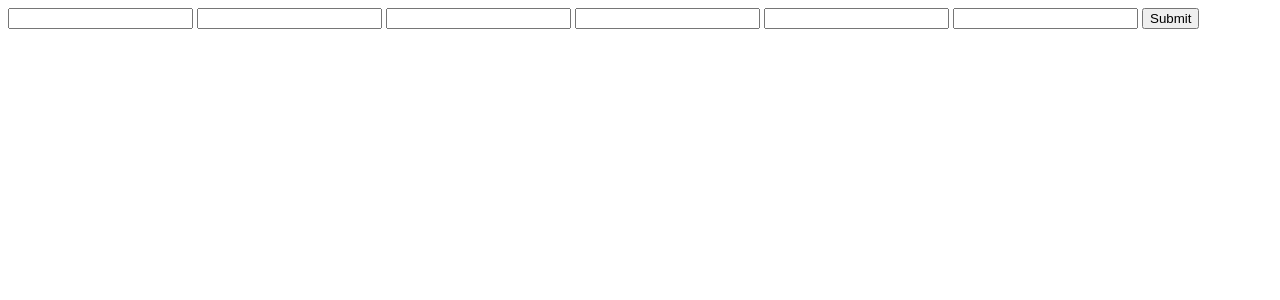
Repository: JakeLu91/Tutorial
Page: Tutorial/RestTutorial/WebContent/post.html
These files come from the project's save history. The page is drawn as it stood at one moment and after the next save; the edit follows.
The browser window is 1280 px wide. The pictures show the whole page.

Above is the page before, as saved 2015-12-25 10:53:55.
Console error: TypeError: Cannot set properties of null (setting 'innerHTML')

After the next save:
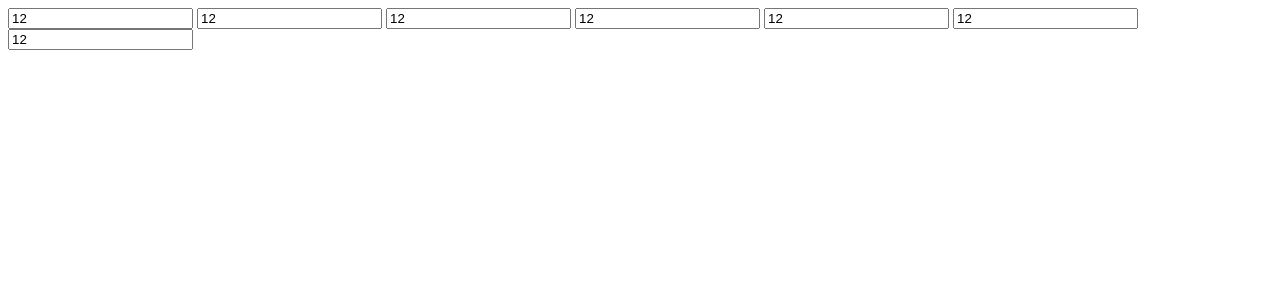
Saved 7 min 39 s later.
--- a/Tutorial/RestTutorial/WebContent/post.html
+++ b/Tutorial/RestTutorial/WebContent/post.html
@@ -10,14 +10,13 @@ document.getElementById("date").innerHTML = Date();
 </head>
 <body>
 <form enctype='application/json' action="/RestTutorial/api/v2/members" method="POST">
-  <input name='id' type="text">
-  <input name='fname' type="text">
-  <input name='lname' type="text">
-  <input name='email' type="text">
-  <input name='uname' type="text">
-  <input name='pass' type="text">
-  <input name='date' type="hidden" value="2009-03-07">
-  <input type="submit">
+  <input name='id' value="12">
+  <input name='fname' value="12">
+  <input name='lname' value="12">
+  <input name='email' value="12">
+  <input name='uname' value="12">
+  <input name='pass' value="12">
+  <input name='date' value="12">
 </form>
 
 
